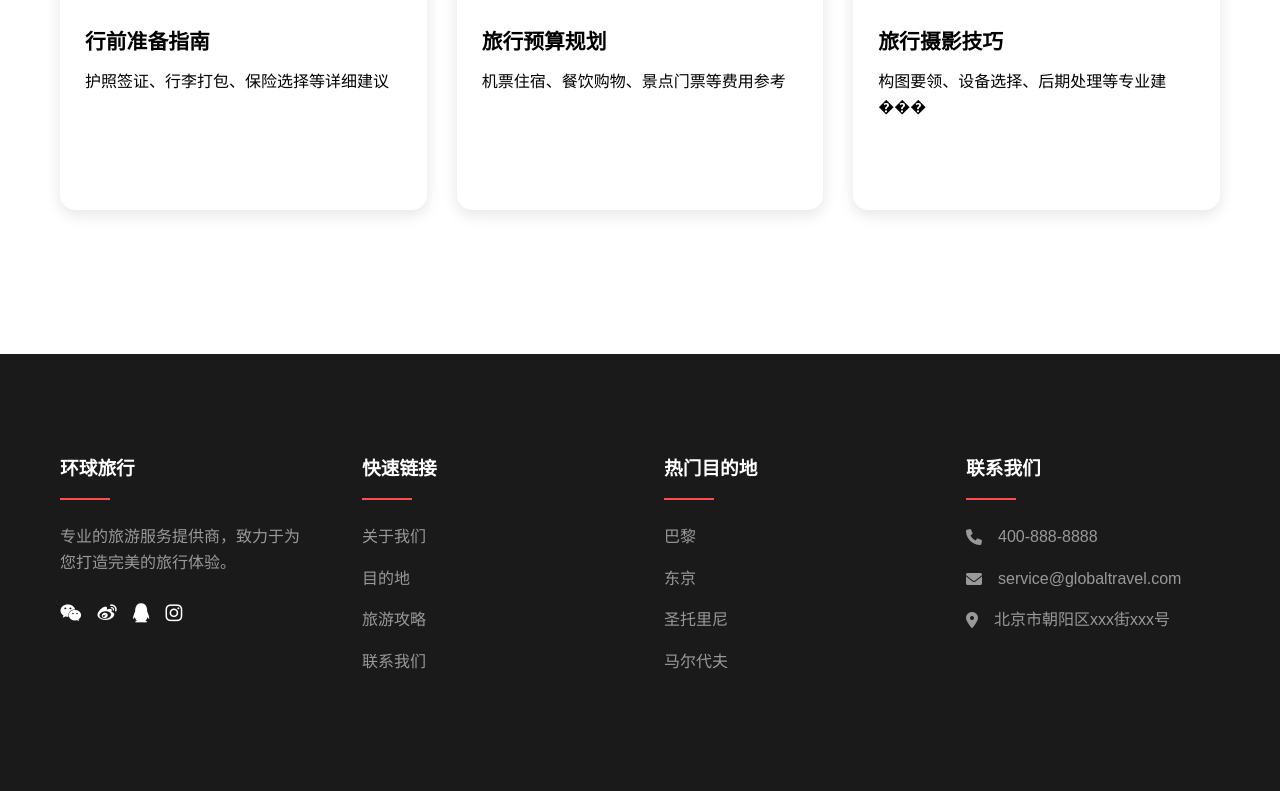
Repository: huang-heavenly-Emperor/travel_1
Page: pages/guide.html
These files come from the project's save history. The page is drawn as it stood at one moment and after the next save; the edit follows.
The browser window is 1280 px wide. The pictures show the part of the page from y = 2825 to 3616 px (the page is 3616 px tall before and 3590 px after).

Above is the page before, as saved 2024-11-18 04:20:35.

After the next save:
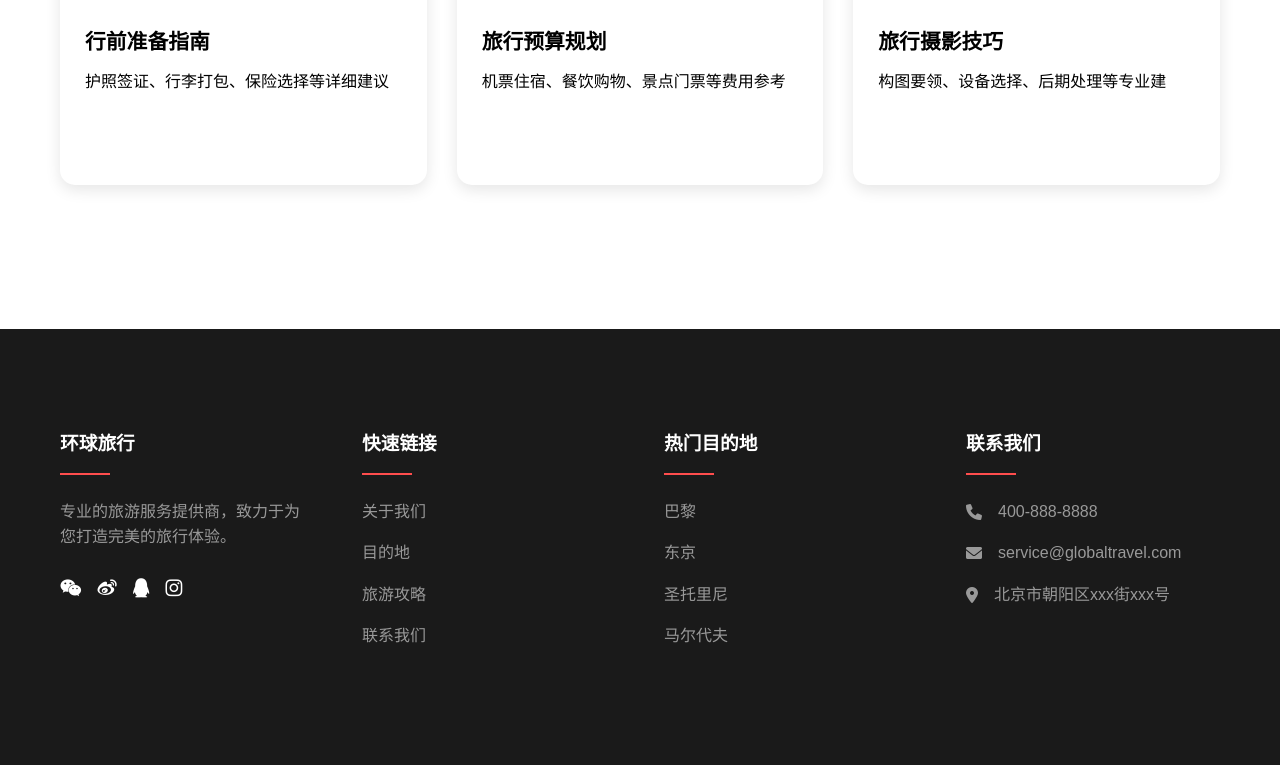
Saved 4 s later.
--- a/pages/guide.html
+++ b/pages/guide.html
@@ -45,9 +45,11 @@
 
   <!-- 页面头部 -->
   <header class="guide-header">
-      <div class="header-content">
-          <h1>旅游指南</h1>
-          <p>探索世界每个角落的精彩</p>
+      <div class="container">
+          <div class="header-content">
+              <h1>旅游指南</h1>
+              <p>探索世界每个角落的精彩</p>
+          </div>
       </div>
   </header>
   <!-- 主要内容 -->
@@ -203,7 +205,7 @@
             </div>
             <div class="tip-content">
               <h3>旅行摄影技巧</h3>
-              <p>构图要领、设备选择、后期处理等专业建���</p>
+              <p>构图要领、设备选择、后期处理等专业建</p>
               <a href="#" class="btn-more">查看详情</a>
             </div>
           </article>
